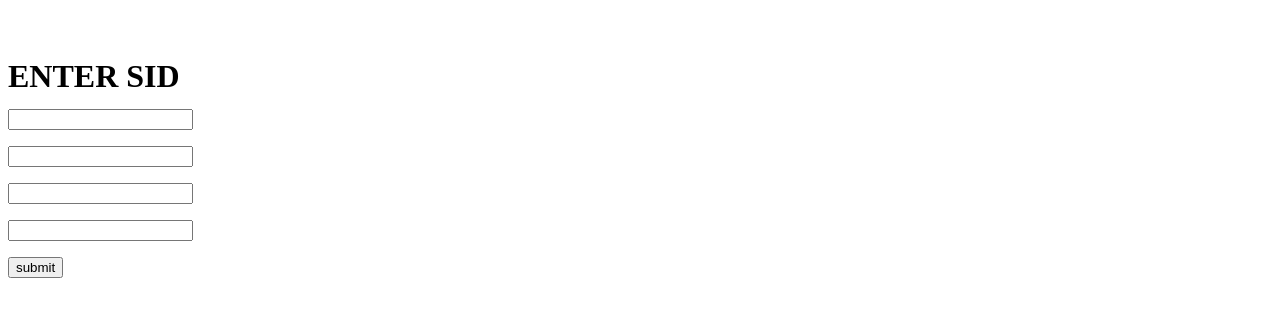
Repository: loky91/MYLABSONLY
Page: J2EE-JSP/Lab6_JSP-getpropert_JSP-setproperty/WebContent/index.html
These files come from the project's save history. The page is drawn as it stood at one moment and after the next save; the edit follows.
The browser window is 1280 px wide. The pictures show the whole page.

Above is the page before, as saved 2017-07-08 21:44:34.

### J2EE-JSP/Lab6_JSP-getpropert_JSP-setproperty/WebContent/index.html
<!DOCTYPE html>
<html>
<head>
<meta charset="ISO-8859-1">
<title>Insert title here</title>
</head>
<body>

<form action="show.jsp" method="post">
<h1>
<br/>
ENTER SID
<br/>
<input type="text" name="sid"/>
<br/>
<input type="text" name="name"/>
<br/>
<input type="text" name="phone"/>
<br/>
<input type="text" name="studphone"/>
<br/>
<input type="submit" value="submit"/>
</h1>

</form>


</body>
</html>

After the next save:
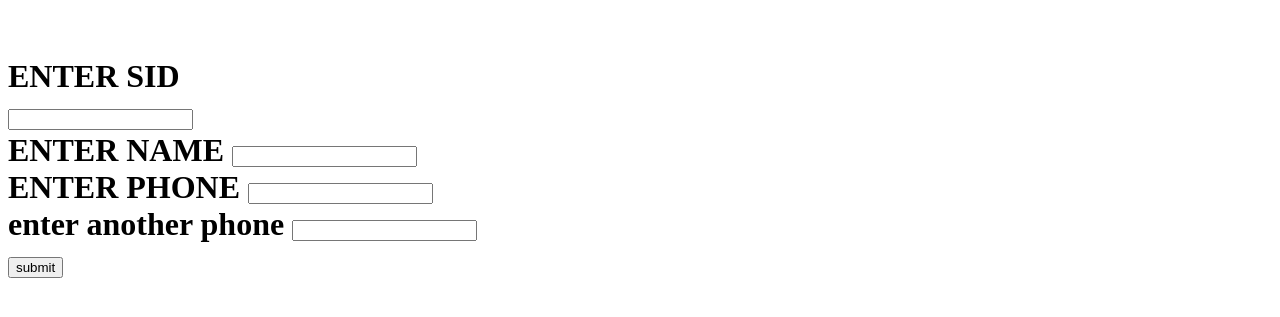
Saved 29 s later.
--- a/J2EE-JSP/Lab6_JSP-getpropert_JSP-setproperty/WebContent/index.html
+++ b/J2EE-JSP/Lab6_JSP-getpropert_JSP-setproperty/WebContent/index.html
@@ -12,11 +12,11 @@
 ENTER SID
 <br/>
 <input type="text" name="sid"/>
-<br/>
+<br/>ENTER NAME
 <input type="text" name="name"/>
-<br/>
+<br/>ENTER PHONE
 <input type="text" name="phone"/>
-<br/>
+<br/>enter another phone
 <input type="text" name="studphone"/>
 <br/>
 <input type="submit" value="submit"/>
